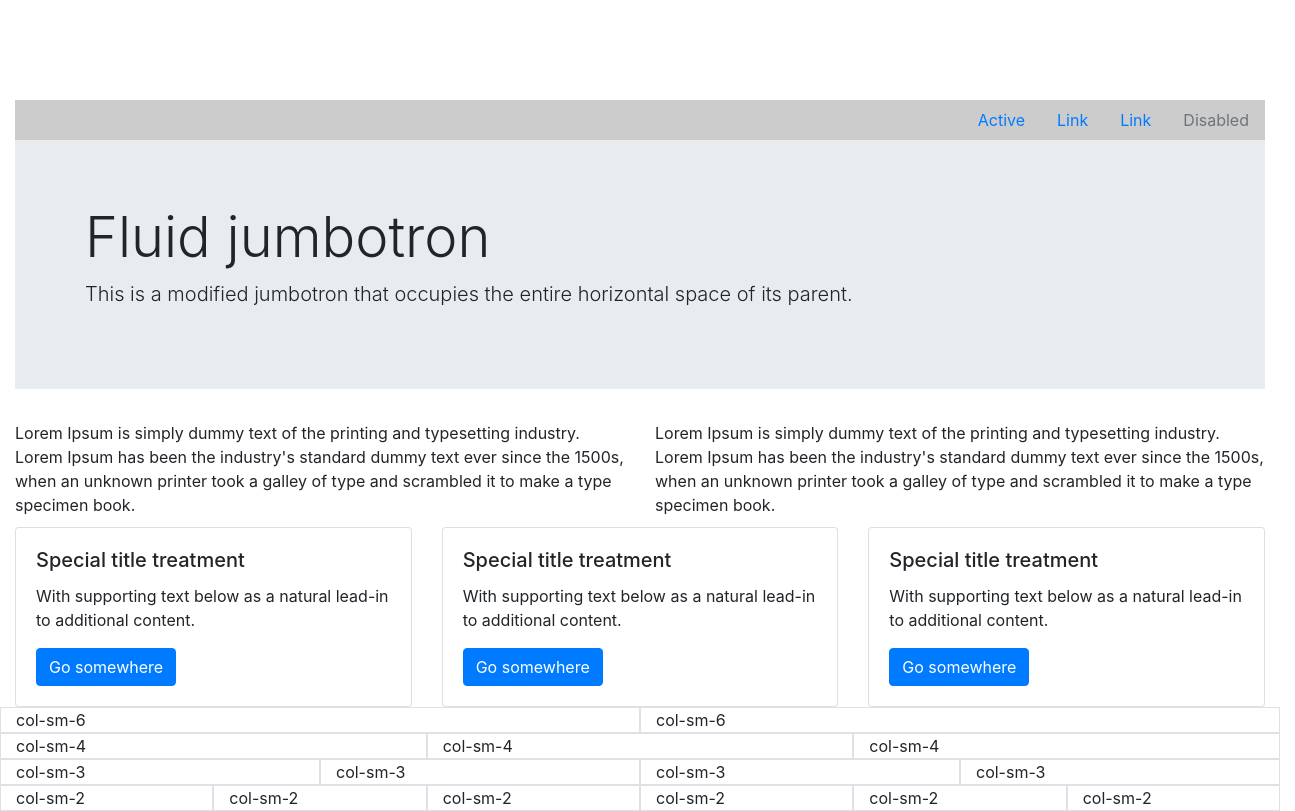
Repository: Green-Technologies-Angular/HTML
Page: index.html
These files come from the project's save history. The page is drawn as it stood at one moment and after the next save; the edit follows.
The browser window is 1280 px wide. The page is 1280 px wide, then 1295 px, so the pictures cover 1295 px, including what lies to the right of the window. The pictures show the whole page.

Above is the page before, as saved 2019-01-31 10:20:40.

After the next save:
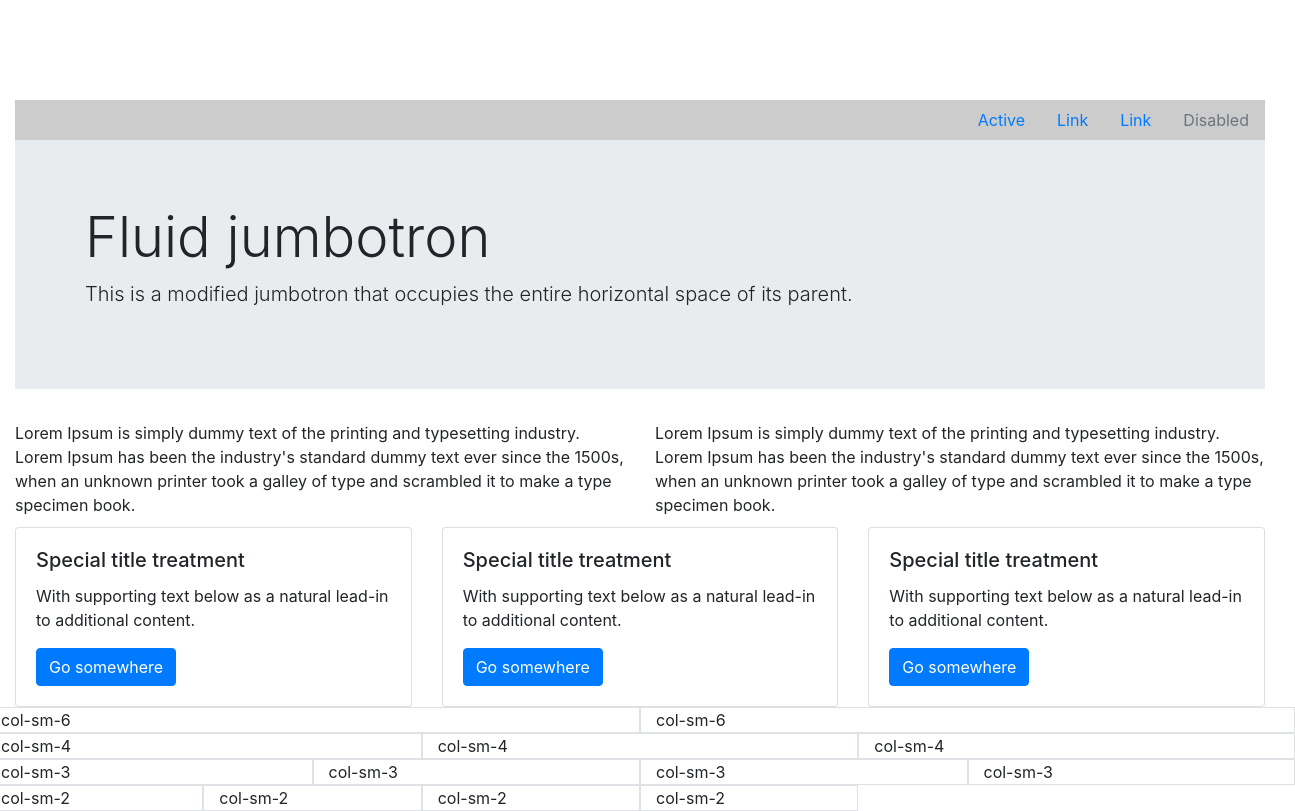
Saved 41 s later.
--- a/index.html
+++ b/index.html
@@ -83,7 +83,8 @@
                 </div>
             </div>
         </div>
-        <div class="row">
+    </div>
+    <div class="row">
             <div class="col-sm-6 border">col-sm-6</div>
             <div class="col-sm-6 border">col-sm-6</div>
         </div>
@@ -103,10 +104,8 @@
             <div class="col-sm-2 border">col-sm-2</div>
             <div class="col-sm-2 border">col-sm-2</div>
             <div class="col-sm-2 border">col-sm-2</div>
-            <div class="col-sm-2 border">col-sm-2</div>
-            <div class="col-sm-2 border">col-sm-2</div>
+
         </div>
-    </div>
     <script src="script/jquery.js"></script>
     <script src="script/popper.js"></script>
     <script src="script/bootstrap.js"></script>
